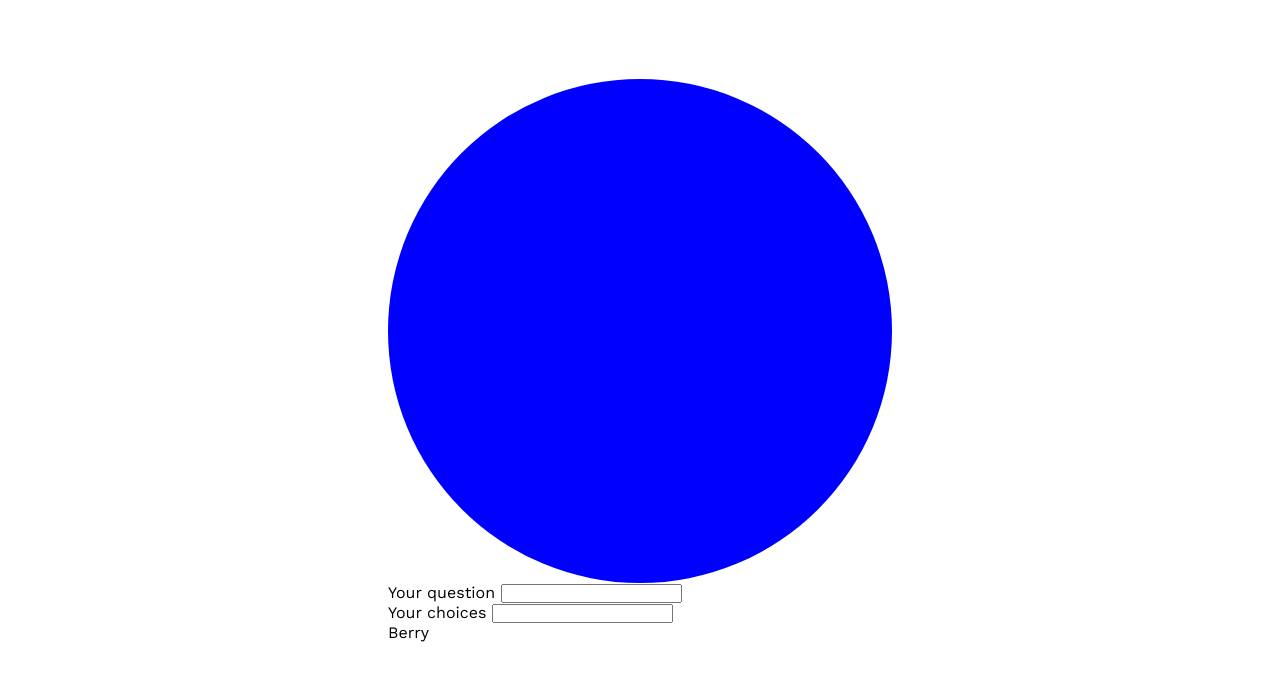
Repository: emiliaiwu/choice_wheel_spinner
Page: index.html
An editor plug-in stored every save of this project. The page is shown before and after a run of saves, followed by the edit.
The browser window is 1280 px wide. The pictures show the whole page.

Above is the page before, as saved 2023-01-09 23:23:06.

### index.html
<!DOCTYPE html>
<html lang="en">
<head>
    <meta charset="UTF-8">
    <meta http-equiv="X-UA-Compatible" content="IE=edge">
    <meta name="viewport" content="width=device-width, initial-scale=1.0">
    <link rel="stylesheet" href="style.css">
    <title>Choice Picker</title>
</head>
<body>
    <div class="container">
        <div class="choice_picker_container">
            <div class="choice_picker">
                <div class="circle"></div>
            </div>
            <div class="choice_details">
                <div class="question">
                    <label for="question">Your question</label>
                    <input type="text" name="question" id="question">
                </div>
                <div class="make_choices">
                    <label for="choices">Your choices</label>
                    <input type="text" name="choices" id="choices">
                </div>
                <div class="listed_choices">
                    <span class="choice">Berry</span>
                </div>
            </div>
        </div>
        <div class="picked_choice">

        </div>
    </div>
</body>
</html>

### style.css
@import url('https://fonts.googleapis.com/css2?family=Work+Sans:ital,wght@0,400;0,500;1,700&display=swap');

* {
    padding: 0;
    margin: 0;
    box-sizing: border-box;
}


body {
    font-family: 'Work Sans', sans-serif;
    max-width: 100vw;
    min-height: 100vh;
    display: flex;
    align-items: center;
    justify-content: center;
}

.container {
    width: inherit;
    height: inherit;
}

.circle {
    width: 70vmin;
    height: 70vmin;
    background-color: blue;
    border-radius: 50%;
}

After the next 4 saves:
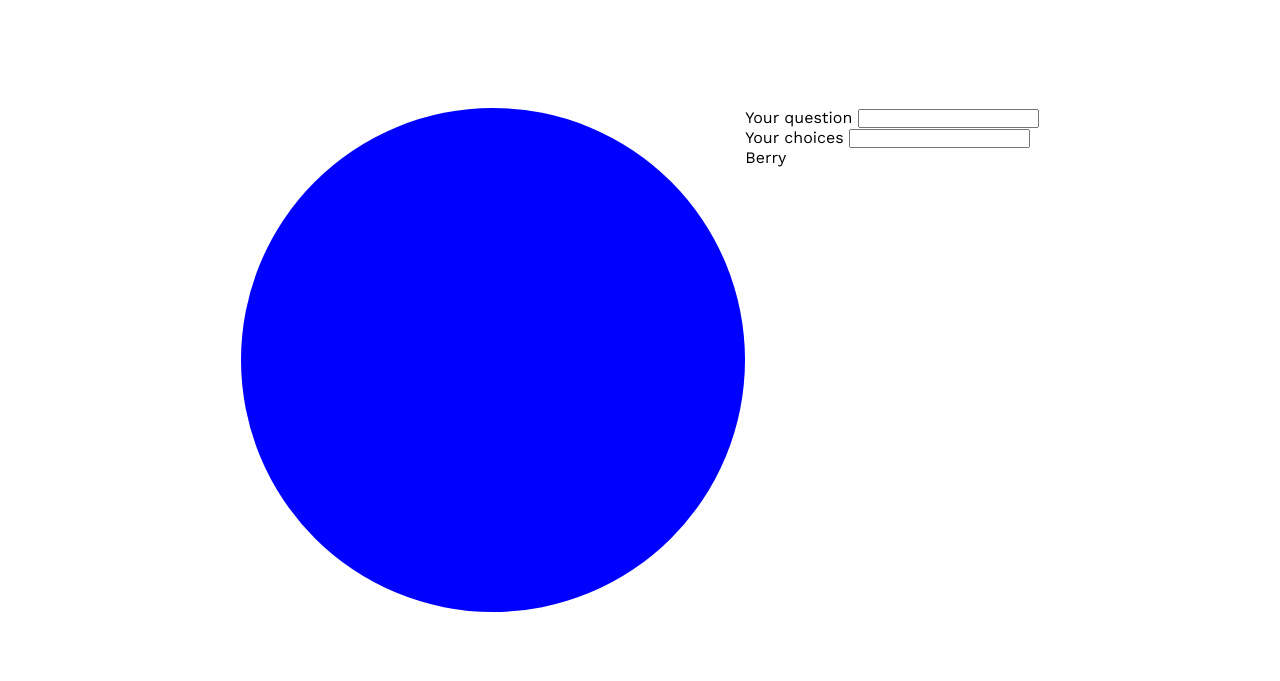
The 4 saves are shown as one change because they came seconds apart.
The last was saved 12 s later.
--- a/style.css
+++ b/style.css
@@ -21,6 +21,10 @@
     height: inherit;
 }
 
+.choice_picker_container {
+    display: flex;
+}
+
 .circle {
     width: 70vmin;
     height: 70vmin;
